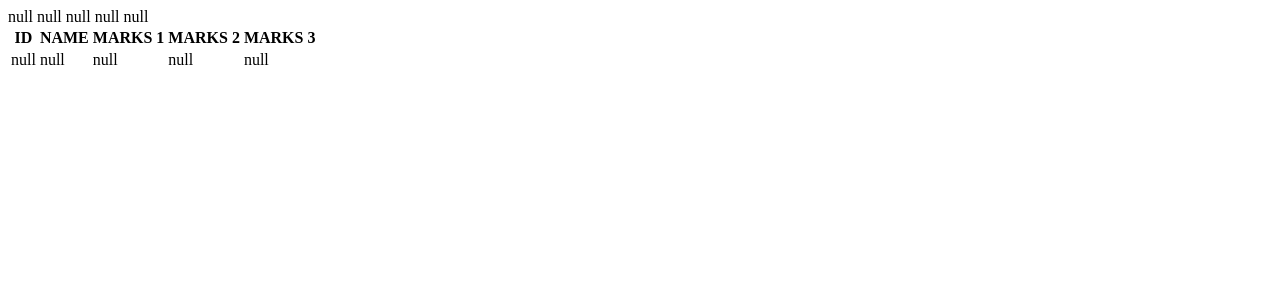
Repository: vima107/JDBC-CRUD-OPERATIONS
Page: http://localhost/get-result-mvc/getResultSuccess.jsp
These files come from the project's save history. The page is drawn as it stood at one moment and after the next save; the edit follows.
The browser window is 1280 px wide. The pictures show the whole page.
The page is served by Tomcat 9.

Above is the page before, as saved 2024-10-14 11:29:55.

### get-result-mvc/src/main/webapp/getResultSuccess.jsp
<%@ page language="java" contentType="text/html; charset=UTF-8"
    pageEncoding="UTF-8"%>
<!DOCTYPE html>
<html>
<head>
<meta charset="UTF-8">
<title>Insert title here</title>
</head>
<body>
<%
	Integer id=(Integer)session.getAttribute("sid");
	String name=(String)session.getAttribute("sname");
	Integer marks1=(Integer)session.getAttribute("smarks1");
	Integer marks2=(Integer)session.getAttribute("smarks2");
	Integer marks3=(Integer)session.getAttribute("smarks3");


	out.println(id+" "+name+" "+" "+marks1+" "+marks2+" "+marks3);

%>
 <table style="color: white, background-color:red ">
 	<thead>
 		<tr>
 		<th>ID</th>
 		<th>NAME</th>
 		<th>MARKS 1</th>
 		<th>MARKS 2</th>
 		<th>MARKS 3</th>
 		</tr>
 	</thead>
 	<tbody>
 	<tr>
 		<td><%= id %></td>
 		<td><%= name %></td>
 		<td><%= marks1 %></td>
 		<td><%= marks2 %></td>
 		<td><%= marks3 %></td>
 	</tr>
 	</tbody>
 </table>
</body>
</html>

After the next save:
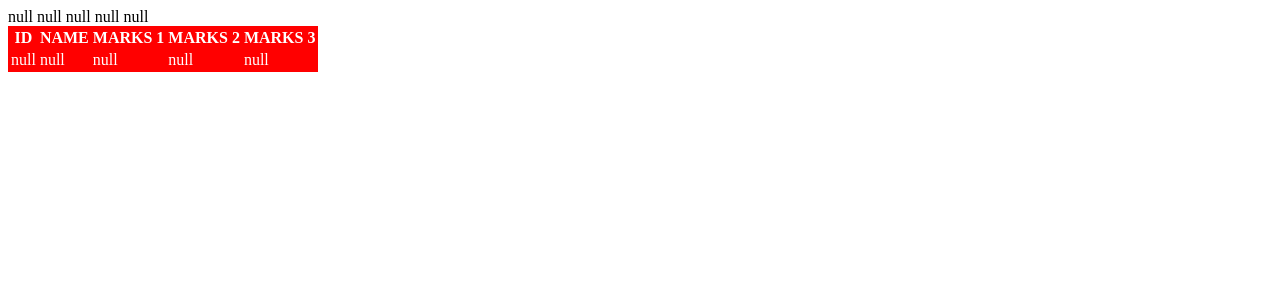
Saved 5 s later.
--- a/get-result-mvc/src/main/webapp/getResultSuccess.jsp
+++ b/get-result-mvc/src/main/webapp/getResultSuccess.jsp
@@ -18,7 +18,7 @@
 	out.println(id+" "+name+" "+" "+marks1+" "+marks2+" "+marks3);
 
 %>
- <table style="color: white, background-color:red ">
+ <table style="color: white; background-color:red ">
  	<thead>
  		<tr>
  		<th>ID</th>
